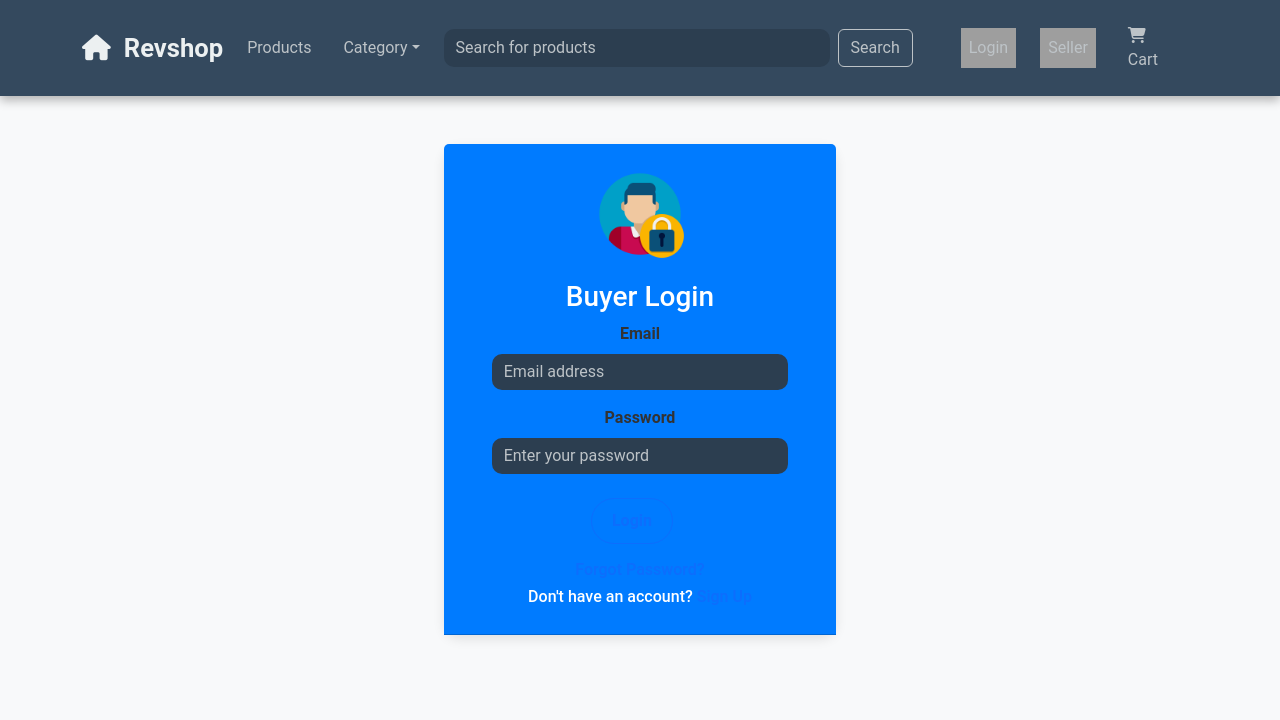
Repository: pratikp99/E-Commerce-Webapp-
Page: http://localhost/Revshop_WebApp/login.jsp
An editor plug-in stored every save of this project. The page is shown before and after the next save, followed by the edit.
The browser window is 1280 px wide. The pictures show the whole page.
Pictures or frames that could not be fetched are drawn as grey boxes. The page is served by Tomcat 10. Queries for data that is not in the repository find no rows.

Above is the page before, as saved 2024-08-31 18:21:45.

After the next save:
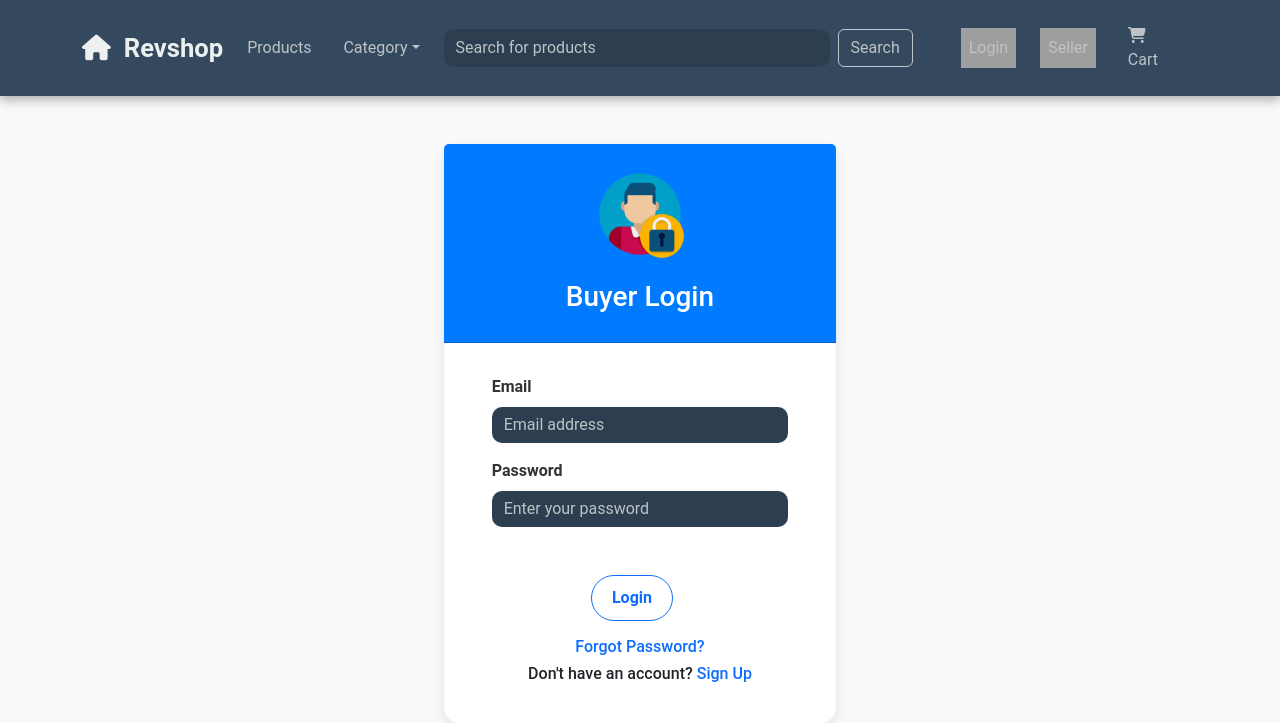
Saved 2 min 54 s later.
--- a/Revshop WebApp/src/main/webapp/login.jsp
+++ b/Revshop WebApp/src/main/webapp/login.jsp
@@ -6,12 +6,10 @@
     <meta name="viewport" content="width=device-width, initial-scale=1, shrink-to-fit=no">
     <title>Buyer Login</title>
     <%@include file="Components/common_css_js.jsp"%>
-    <!-- Link your login CSS file here -->
     <link rel="stylesheet" href="CSS/styles2.css">
 </head>
 <body>
-
-    <!-- Navbar -->
+    <!--navbar -->
     <%@include file="Components/navbar.jsp"%>
 
     <div class="container-fluid">
@@ -19,27 +17,29 @@
             <div class="col-md-4 offset-md-4">
                 <div class="card">
                     <div class="card-header px-5 text-center">
-
-                            <img src="Images/login.png" style="max-width: 100px;" class="img-fluid">
-
+                        <img src="Images/login.png" style="max-width: 100px;" class="img-fluid">
                         <h3 class="text-center mt-3">Buyer Login</h3>
-                        <%@include file="Components/alert_message.jsp" %>
-
-                        <!-- Login Form -->
+                        <%@include file="Components/alert_message.jsp"%>
+                    </div>
+                    <div class="card-body px-5">
+                        <!--login-form-->
                         <form id="login-form" action="login" method="post">
                             <input type="hidden" name="login" value="user">
+
                             <div class="mb-3">
                                 <label class="form-label">Email</label>
                                 <input type="email" name="user_email" placeholder="Email address" class="form-control" required>
                             </div>
-                            <div class="mb-3">
+                            <div class="mb-2">
                                 <label class="form-label">Password</label>
                                 <input type="password" name="user_password" placeholder="Enter your password" class="form-control" required>
                             </div>
-                            <div id="login-btn" class="container text-center mt-4">
+
+                            <div id="login-btn" class="container text-center mt-5">
                                 <button type="submit" class="btn btn-outline-primary me-3">Login</button>
                             </div>
                         </form>
+
                         <div class="mt-3 text-center">
                             <h6><a href="forgot_password.jsp" style="text-decoration: none">Forgot Password?</a></h6>
                             <h6>
